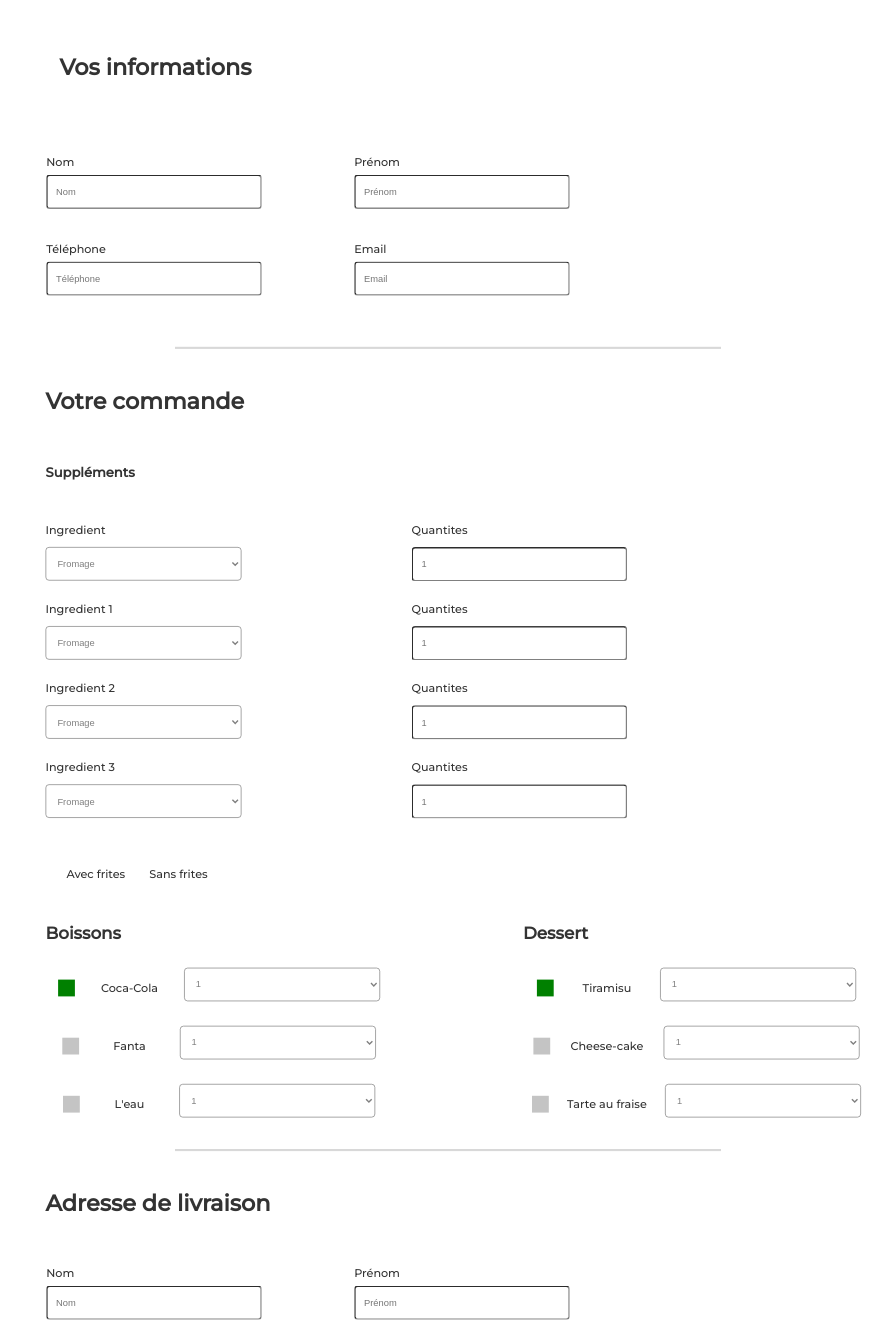
Repository: Ahlam-belhadj/bella-olange
Page: index2.html
These files come from the project's save history. The page is drawn as it stood at one moment and after the next save; the edit follows.
The browser window is 1280 px wide. The pictures show the part of the page from y = 728 to 2648 px (the page is 3199 px tall), at 70% of full size.

Above is the page before, as saved 2023-02-14 14:51:05.

After the next save:
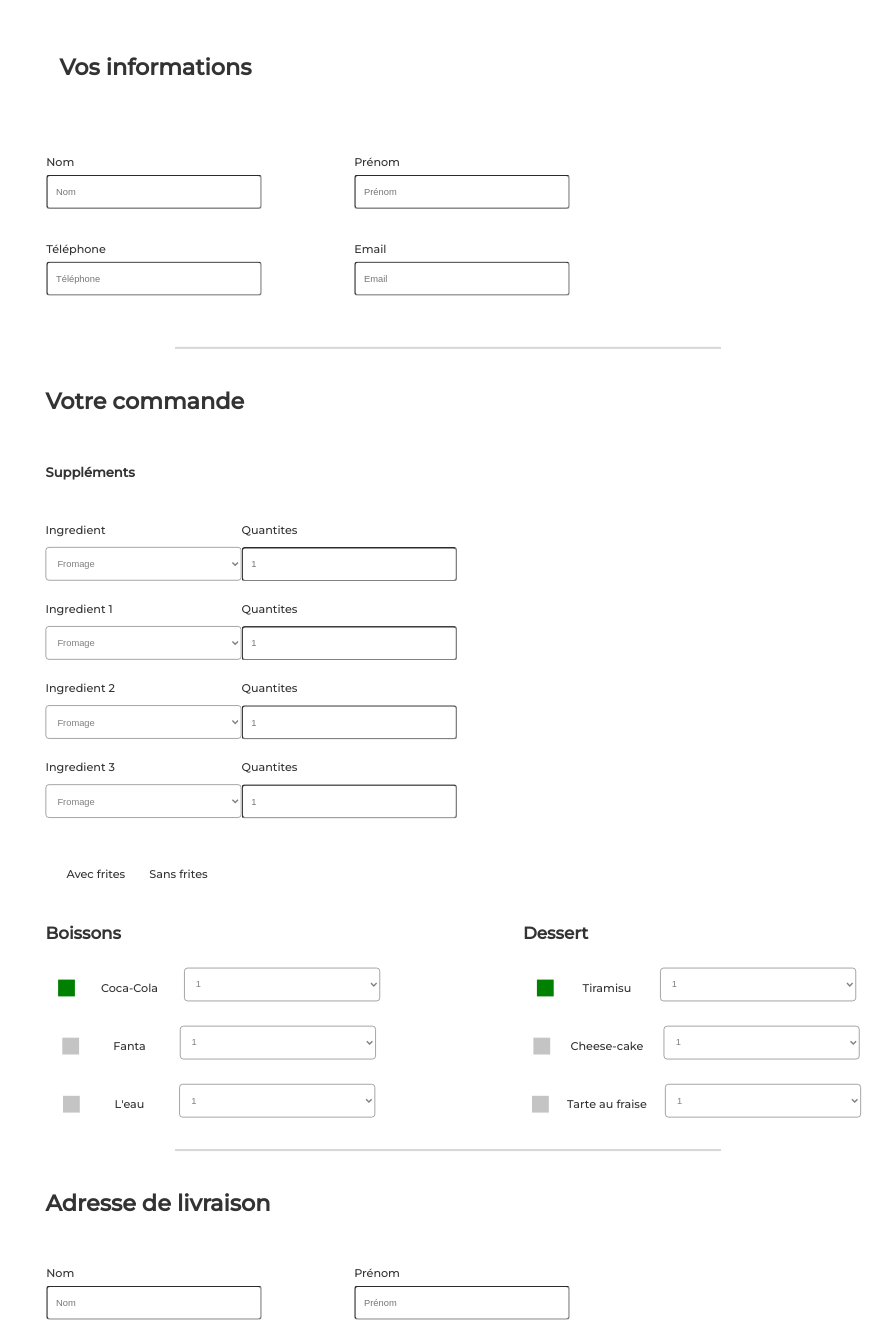
Saved 17 s later.
--- a/style2.css
+++ b/style2.css
@@ -161,7 +161,7 @@ nav {
     display: flex;
     flex-direction:row;
     justify-content: flex-start;
-    gap: 20%;
+    /* gap: 20%; */
     margin-bottom: 10px;
 }
 

After the 2 saves that followed:
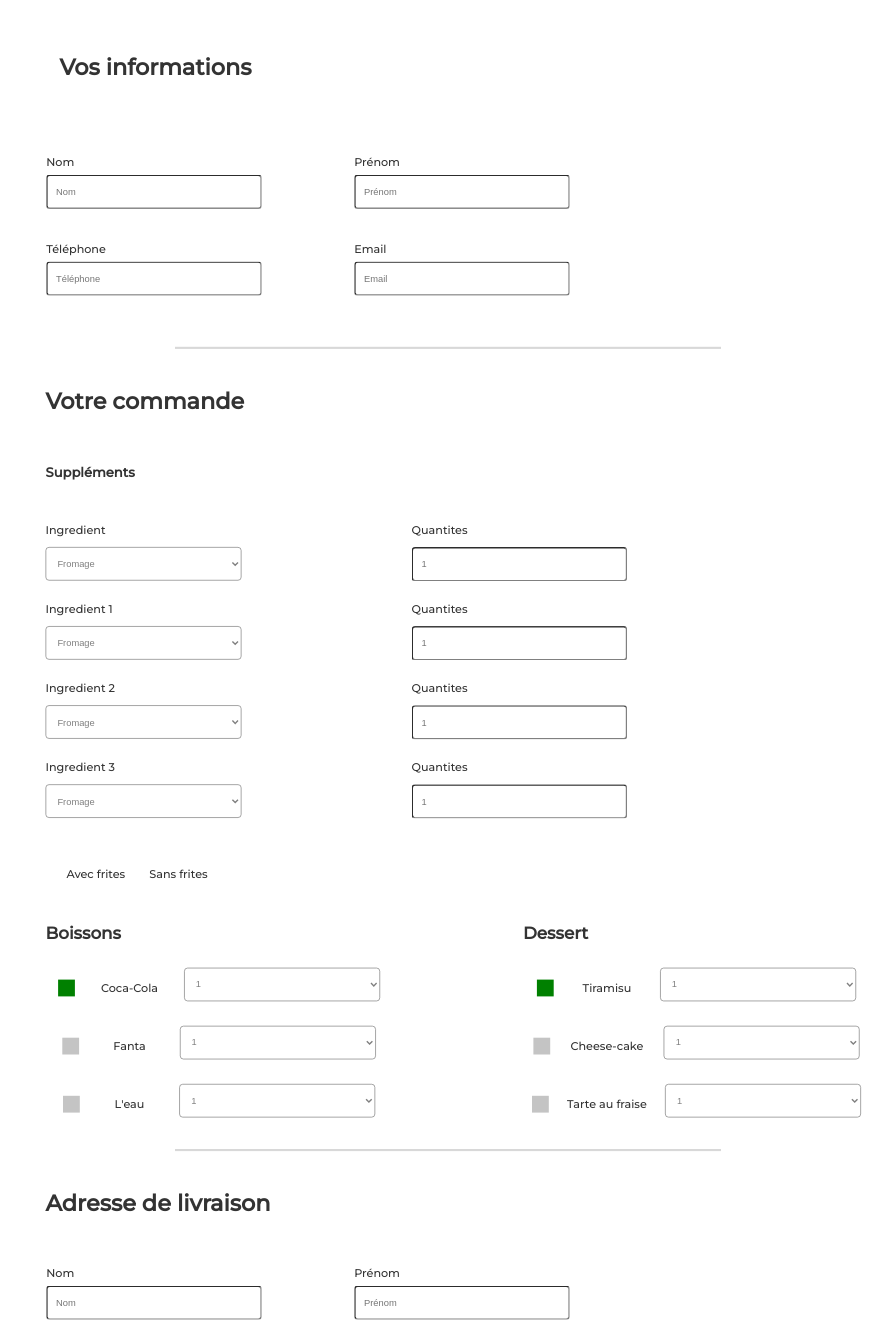
The 2 saves are shown as one change because they came seconds apart.
The last was saved 30 s later.
--- a/style2.css
+++ b/style2.css
@@ -161,7 +161,7 @@ nav {
     display: flex;
     flex-direction:row;
     justify-content: flex-start;
-    /* gap: 20%; */
+    gap: 20%;
     margin-bottom: 10px;
 }
 
